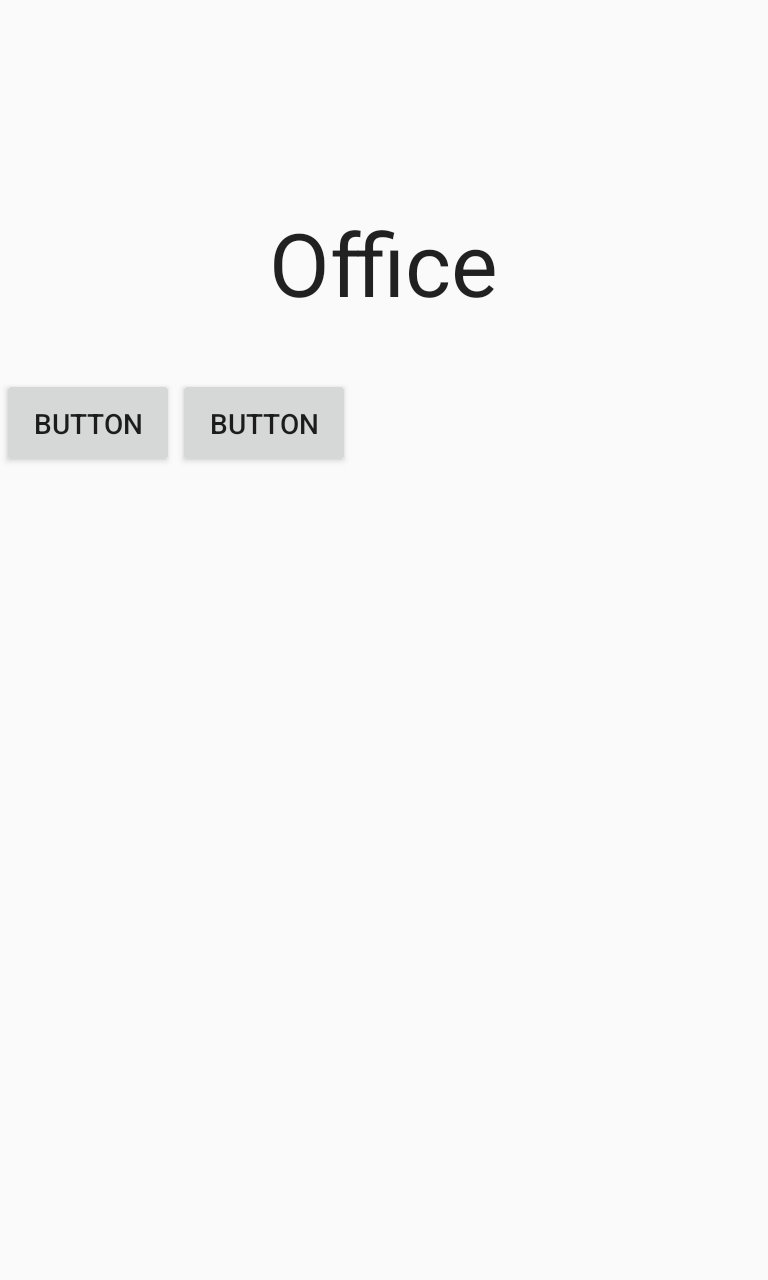
Repository: hessfr/contextRecognition
Layout: androidProjects/ContextRecognition/res/layout/activity_main.xml
The author's editor kept a copy of each file at every save. The layout is drawn from the files as they stood at one save, then again after the next save.
It is drawn on a 768 x 1280 px phone screen (xhdpi) without system bars, with theme AppTheme; the app's code is not run.

Above is the layout before, as saved 2014-05-30 07:02:53.

### androidProjects/ContextRecognition/res/layout/activity_main.xml
<LinearLayout xmlns:android="http://schemas.android.com/apk/res/android"
    xmlns:tools="http://schemas.android.com/tools"
    android:id="@+id/container"
    android:layout_width="match_parent"
    android:layout_height="match_parent"
    android:orientation="vertical"
    tools:context="com.example.contextrecognition.MainActivity"
    tools:ignore="MergeRootFrame" >

    <RelativeLayout
        android:layout_width="match_parent"
        android:layout_height="263dp" >

        <TextView
            android:id="@+id/textView1"
            android:layout_width="wrap_content"
            android:layout_height="wrap_content"
            android:layout_centerInParent="true"
            android:text="Office"
            android:textAppearance="?android:attr/textAppearanceLarge"
            android:textSize="44sp" />

        <RelativeLayout
            android:layout_width="match_parent"
            android:layout_height="match_parent"
            android:layout_centerHorizontal="true"
            android:layout_below="@+id/textView1" >

            <LinearLayout
	        android:layout_width="match_parent"
	        android:layout_height="wrap_content"
	        android:layout_centerInParent="true" >

                <Button
	                android:id="@+id/button2"
	                android:layout_width="wrap_content"
	                android:layout_height="wrap_content"
	                android:layout_alignParentRight="true"
	                android:layout_alignParentTop="true"
	                android:text="Button" />

            	<Button
	                android:id="@+id/button2"
	                android:layout_width="wrap_content"
	                android:layout_height="wrap_content"
	                android:layout_alignParentLeft="true"
	                android:layout_alignParentTop="true"
	                android:text="Button" />

	    	</LinearLayout>


        </RelativeLayout>

    </RelativeLayout>



</LinearLayout>

Loaded but not shown: androidProjects/ContextRecognition/res/values/styles.xml (common file); androidProjects/ContextRecognition/res/values-v11/styles.xml (common file); androidProjects/ContextRecognition/res/values-v14/styles.xml (common file)

After the next save:
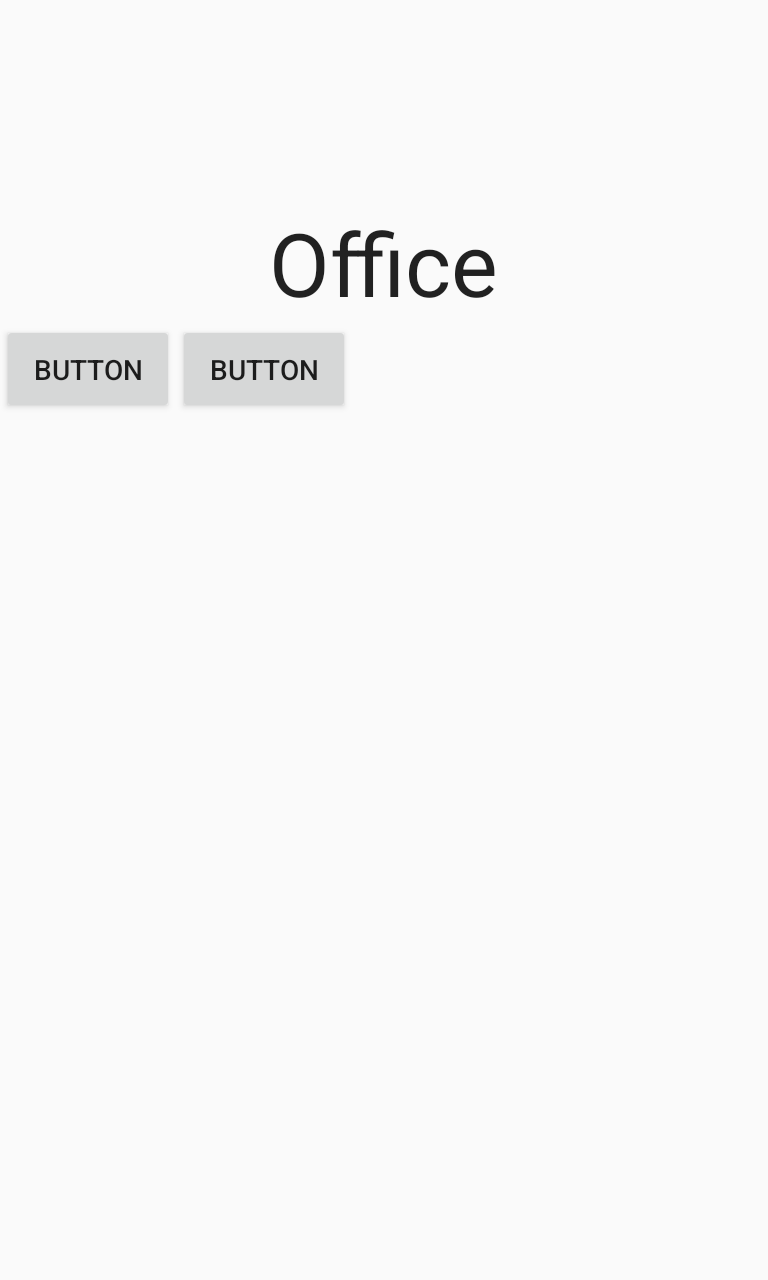
Saved 36 s later.
--- a/androidProjects/ContextRecognition/res/layout/activity_main.xml
+++ b/androidProjects/ContextRecognition/res/layout/activity_main.xml
@@ -29,7 +29,7 @@
             <LinearLayout
 	        android:layout_width="match_parent"
 	        android:layout_height="wrap_content"
-	        android:layout_centerInParent="true" >
+	        android:orientation="horizontal" >
 
                 <Button
 	                android:id="@+id/button2"
